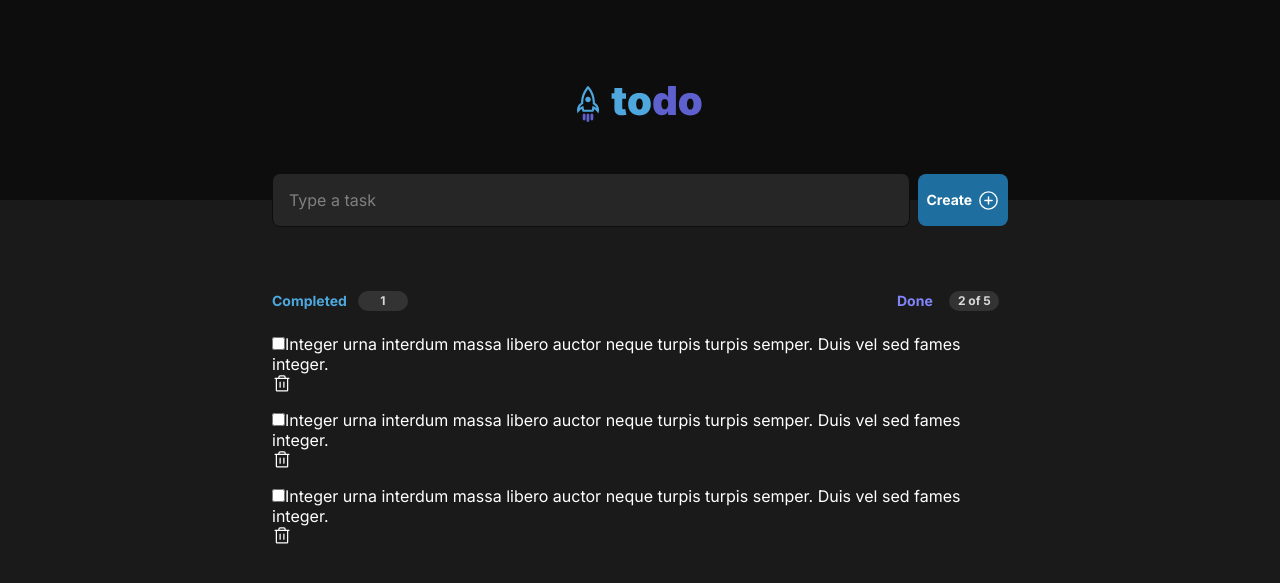
Repository: JoseGu1llardi/to-do-list-D01
Page: /
The author's editor kept a copy of each file at every save. The page is drawn from the files as they stood at one save, then again after the next save.
The browser window is 1280 px wide. The pictures show the whole page.
The project was rebuilt for these pictures with package versions that can differ from the ones it lists, and the page was loaded fresh each time. Also part of the build but not shown: vite.config.ts, src/components/Task/styles.module.css.

Above is the page before, as saved 2023-03-11 21:14:26.

After the next save:
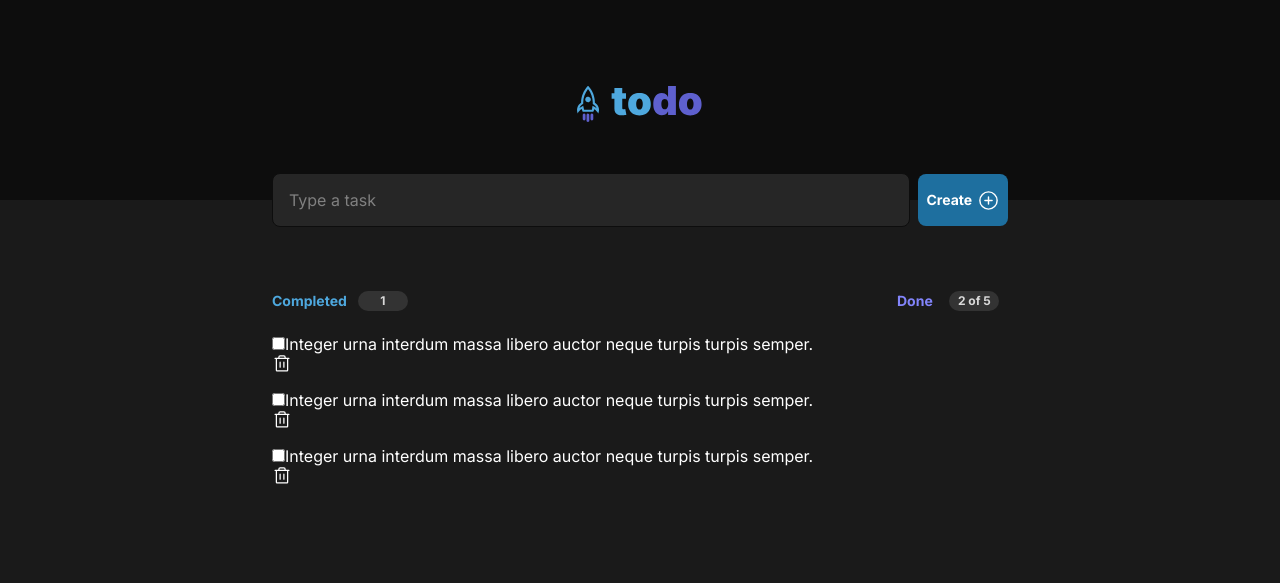
Saved 28 s later.
--- a/src/components/Task/index.tsx
+++ b/src/components/Task/index.tsx
@@ -6,7 +6,7 @@ export function Task() {
     return (
         <section className={styles.task}>
             <input type="checkbox" />
-            <span>Integer urna interdum massa libero auctor neque turpis turpis semper. Duis vel sed fames integer.</span>
+            <span>Integer urna interdum massa libero auctor neque turpis turpis semper.</span>
             <div>
                 <Trash size={20} />
             </div>
